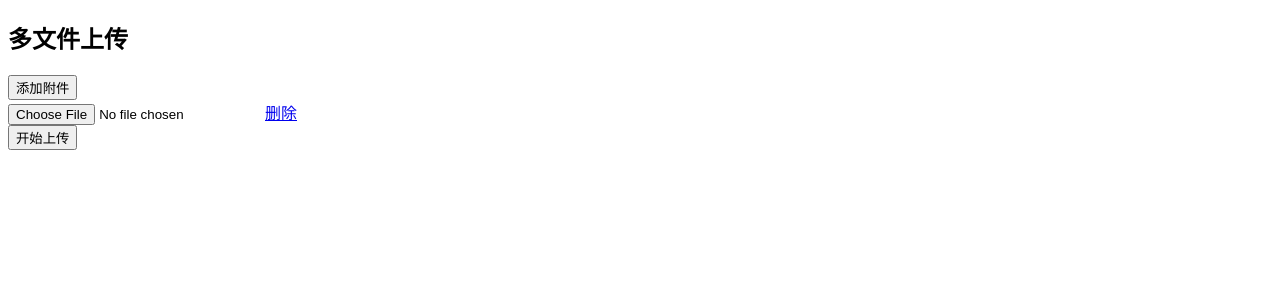
Repository: iamsongpeng/java-web-demo
Page: http://localhost/java-web-demo-upload-01/manyFileUpload.jsp
An editor plug-in stored every save of this project. The page is shown before and after the next save, followed by the edit.
The browser window is 1280 px wide. The pictures show the whole page.
The page is served by Tomcat 9. Other server files are loaded and not shown.

Above is the page before, as saved 2017-06-12 04:34:47.

### java-web-demo-upload-01/WebContent/manyFileUpload.jsp
<%@ page language="java" contentType="text/html; charset=UTF-8"
    pageEncoding="UTF-8"%>
<!DOCTYPE html PUBLIC "-//W3C//DTD HTML 4.01 Transitional//EN" "http://www.w3.org/TR/html4/loose.dtd">
<html>
<head>
<meta http-equiv="Content-Type" content="text/html; charset=UTF-8">
<title>多文件上传</title>
<script type="text/javascript">
	function addItem() {
		var uploadDiv = document.getElementById("uploadDiv");
		uploadDiv.innerHTML += '<div> <input type="file" name="uploadfile"> <a href="javascript:void(0)" onclick="delItem(this)">删除</a>	</div>';

	}
</script>
</head>
<body>
	<h2>多文件上传</h2>
	<form method="post" enctype="multipart/form-data" action="${pageContext.request.contextPath }/uploadFiles">
		<input type="button" value="添加附件" onclick="addItem()">
		<div id="uploadDiv">
			<div>
				<input type="file" name="uploadfile">
				<a href="javascript:void(0)" onclick="delItem(this)">删除</a>
			</div>
		</div>
		<input type="submit" value="开始上传">
	</form>
</body>
</html>

After the next save:
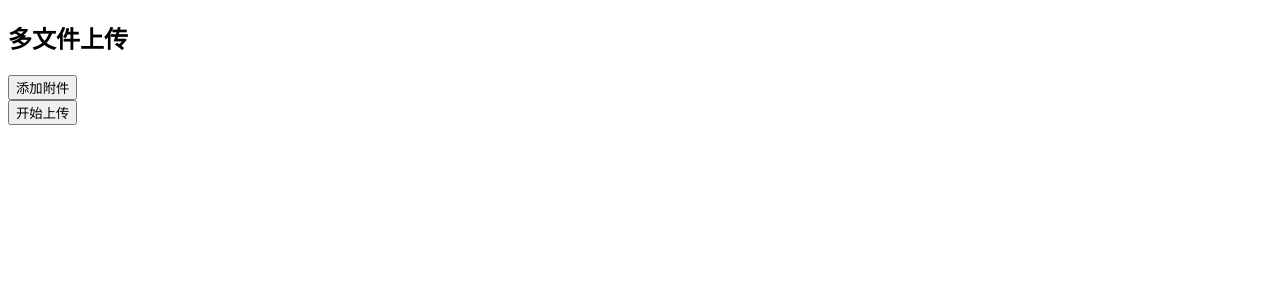
Saved 68 s later.
--- a/java-web-demo-upload-01/WebContent/manyFileUpload.jsp
+++ b/java-web-demo-upload-01/WebContent/manyFileUpload.jsp
@@ -18,10 +18,6 @@
 	<form method="post" enctype="multipart/form-data" action="${pageContext.request.contextPath }/uploadFiles">
 		<input type="button" value="添加附件" onclick="addItem()">
 		<div id="uploadDiv">
-			<div>
-				<input type="file" name="uploadfile">
-				<a href="javascript:void(0)" onclick="delItem(this)">删除</a>
-			</div>
 		</div>
 		<input type="submit" value="开始上传">
 	</form>
